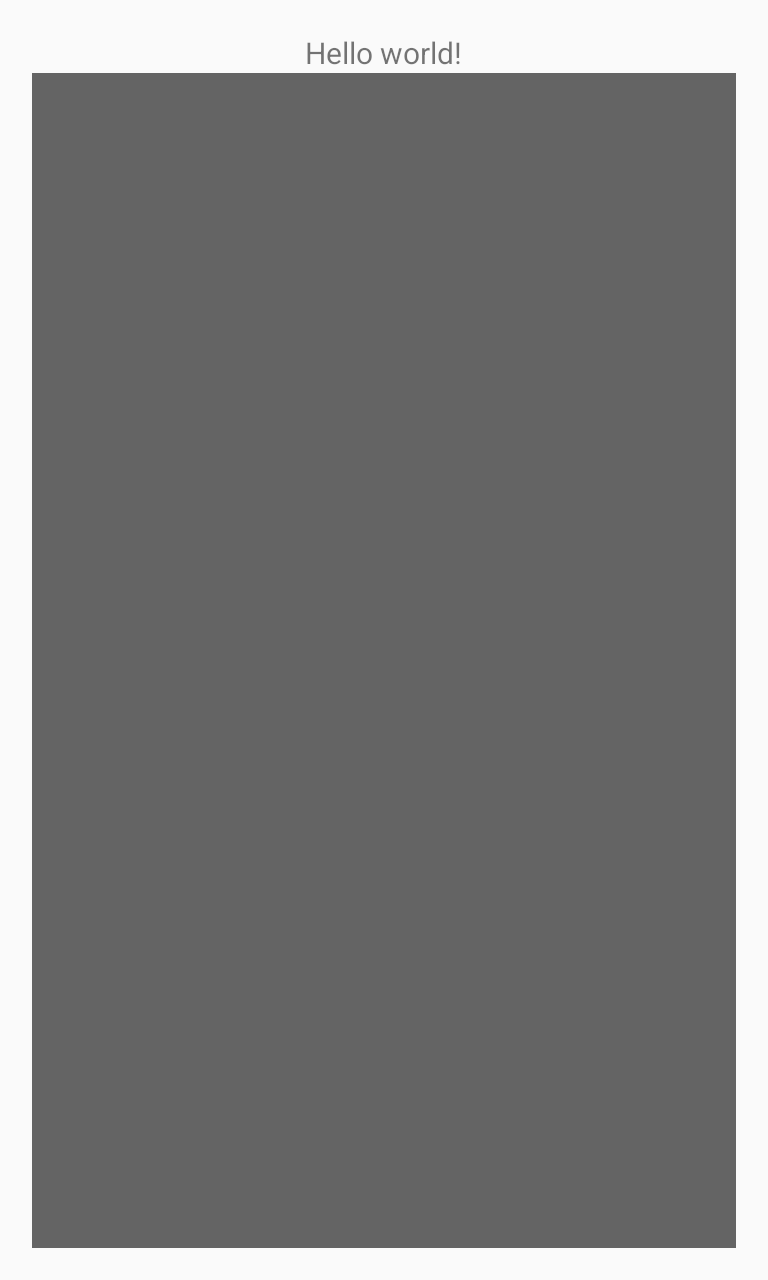
Repository: deyan-yosifov/Android
Layout: Workspace/BouncingBallGame/res/layout/activity_game.xml
An editor plug-in stored every save of this project. The layout is shown before and after the next save, followed by the edit.
It is drawn on a 768 x 1280 px phone screen (xhdpi) without system bars, with theme AppTheme; the app's code is not run.

Above is the layout before, as saved 2015-01-05 21:27:04.

After the next save:
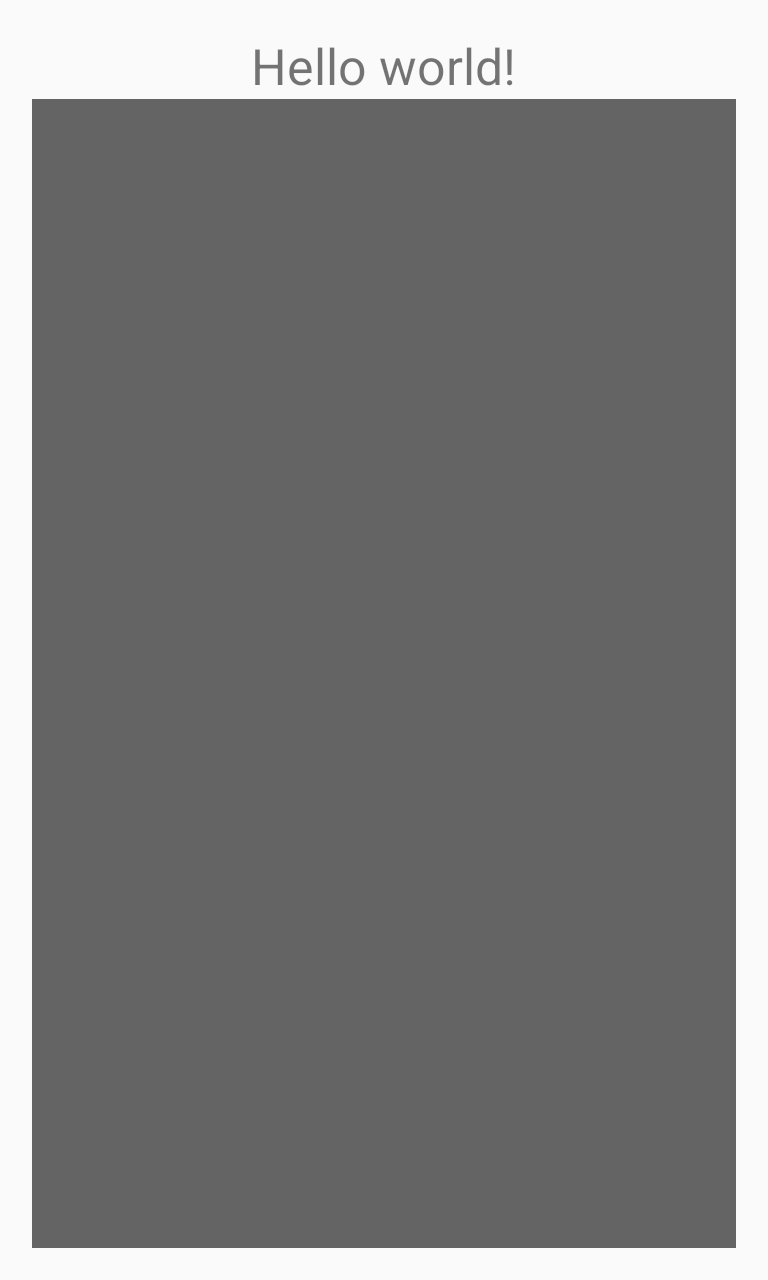
Saved 111 s later.
--- a/Workspace/BouncingBallGame/res/layout/activity_game.xml
+++ b/Workspace/BouncingBallGame/res/layout/activity_game.xml
@@ -12,7 +12,7 @@
         android:layout_width="wrap_content"
         android:layout_height="wrap_content"
 	    android:id="@+id/score_view"
-        android:textSize="15dp"
+        android:textSize="25dp"
         android:layout_centerHorizontal="true"
         android:text="@string/hello_world" />
 
